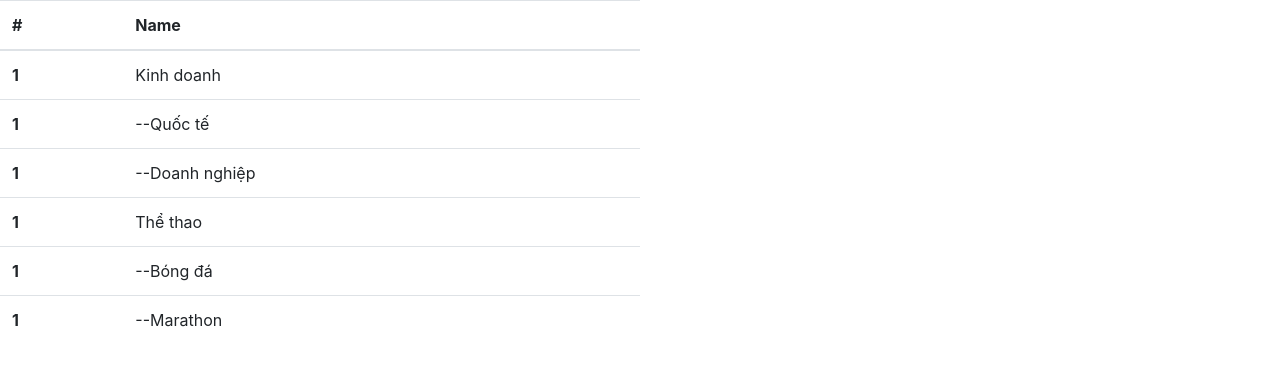
Repository: anhtu2110/backend
Page: http://localhost/backend/section-30_part_2/index.php
These files come from the project's save history. The page is drawn as it stood at one moment and after the next save; the edit follows.
The browser window is 1280 px wide. The pictures show the whole page.
The page is run by PHP 8.4 with error messages shown; the project is at /var/www/html/.

Above is the page before, as saved 2022-12-06 16:27:47.

After the next save:
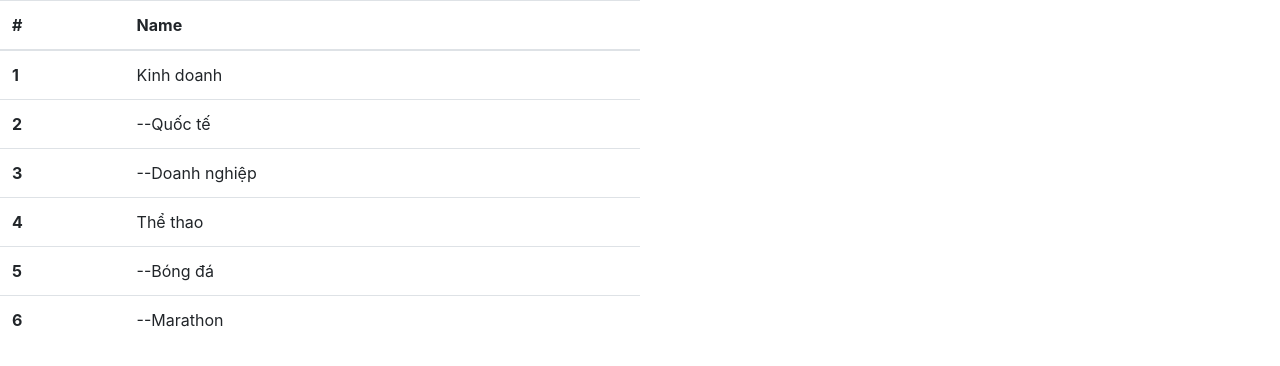
Saved 65 s later.
--- a/section-30_part_2/index.php
+++ b/section-30_part_2/index.php
@@ -127,10 +127,12 @@ $result = data_tree($data);
         <tbody>
             <?php
             unset($v);
+            $i = 0;
             foreach ($result as $item) {
+                ++$i;
             ?>
                 <tr>
-                    <th scope="row">1</th>
+                    <th scope="row"><?php echo $i ?></th>
                     <td><?php echo str_repeat('--', $item['level']) . $item['name'] ?></td>
                 </tr>
             <?php
